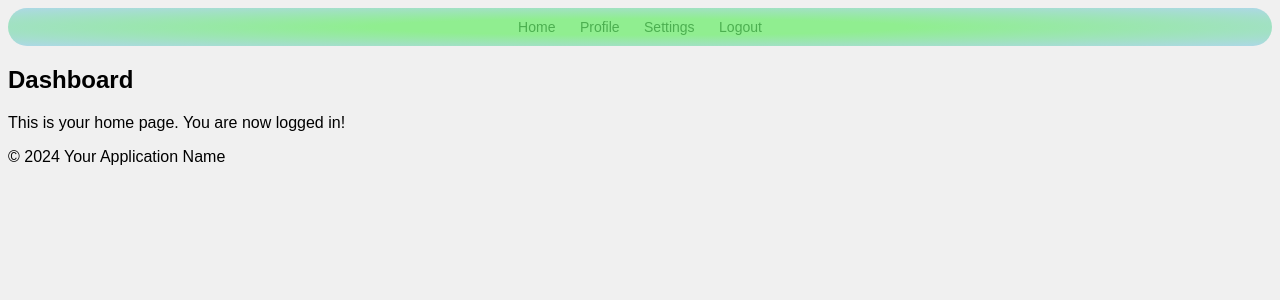
Repository: SriramulaNamithaReddy/Internship_projects
Page: http://localhost/home
The author's editor kept a copy of each file at every save. The page is drawn from the files as they stood at one save, then again after the next save.
The browser window is 1280 px wide. The pictures show the whole page.
The page is this project's Thymeleaf template; nobody is signed in. The template is opened directly, without the code that normally fills it, so the values that code supplies are empty.

Above is the page before, as saved 2024-10-12 07:08:22.

### SecureUserAuthentication/src/main/resources/templates/home.html
<!DOCTYPE html>
<html xmlns:th="http://www.thymeleaf.org">
<head>
    <meta charset="UTF-8">
    <title>Home Page</title>
    <style>
        body { font-family: Arial, sans-serif; background-color: #f0f0f0; }
        .container { width: 400px; margin: 100px auto; padding: 20px; background: white; border-radius: 8px; text-align: center; box-shadow: 0 0 10px rgba(0, 0, 0, 0.1); }
        button { padding: 10px 20px; background: #4CAF50; color: white; border: none; cursor: pointer; }
        button:hover { background: #45a049; }
        a { text-decoration: none; color: #4CAF50; }
        a:hover { text-decoration: underline; }
        .navbar{
			text-align: center;
			background:radial-gradient(lightgreen 30%,lightblue);
	        border-radius:60px;
	        padding:10px;
		}
		.navlink{
			padding: 0px 10px 0px 10px;
			font-size: 14px;
		}
    </style>
</head>
<body>


    <nav>
		<div class="navbar">
            <a class="navlink" th:href="@{/home}">Home</a>
            <a class="navlink" th:href="@{/profile}">Profile</a>
            <a class="navlink" th:href="@{/settings}">Settings</a>
            <a class="navlink" th:href="@{/logout}">Logout</a>
        </div>
    </nav>

    <main>
        <h2>Dashboard</h2>
        <p>This is your home page. You are now logged in!</p>
    </main>

    <footer>
        <p>&copy; 2024 Your Application Name</p>
    </footer>
</body>
</html>

After the next save:
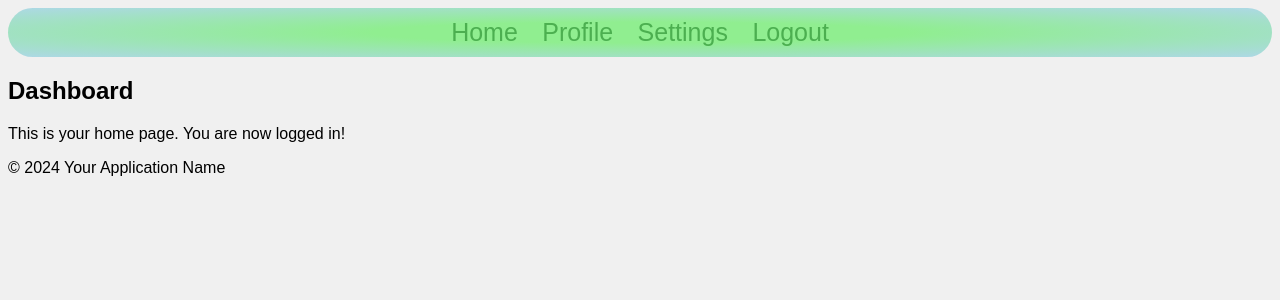
Saved 21 s later.
--- a/SecureUserAuthentication/src/main/resources/templates/home.html
+++ b/SecureUserAuthentication/src/main/resources/templates/home.html
@@ -18,7 +18,7 @@
 		}
 		.navlink{
 			padding: 0px 10px 0px 10px;
-			font-size: 14px;
+			font-size: 25px;
 		}
     </style>
 </head>
